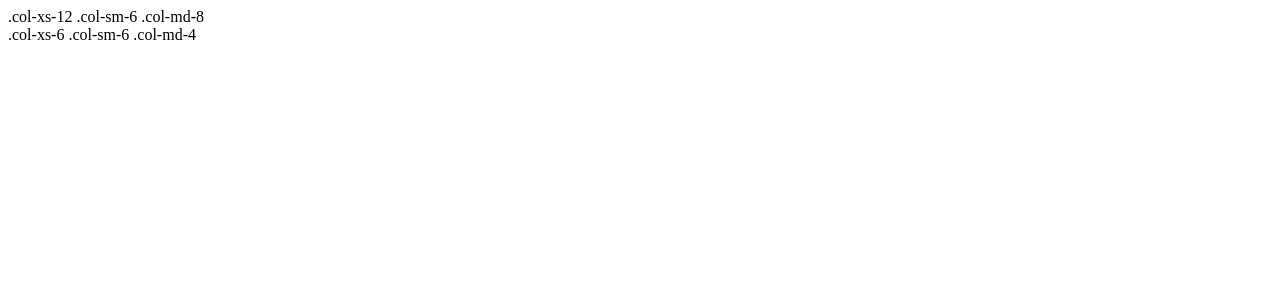
Repository: yhj4130/BootstrapStudy
Page: BootstrapWork/WebContent/BootEx07.html
The author's editor kept a copy of each file at every save. The page is drawn from the files as they stood at one save, then again after the next save.
The browser window is 1280 px wide. The pictures show the whole page.

Above is the page before, as saved 2019-06-12 03:41:11.

After the next save:
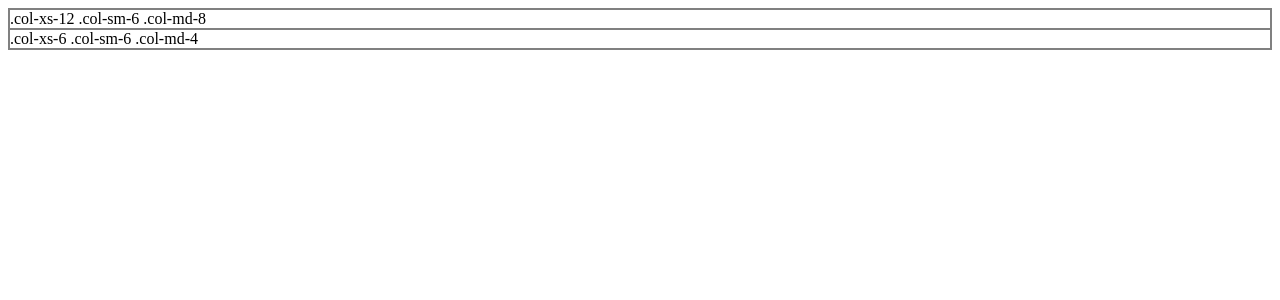
Saved 26 s later.
--- a/BootstrapWork/WebContent/BootEx07.html
+++ b/BootstrapWork/WebContent/BootEx07.html
@@ -3,6 +3,11 @@
 <head>
 <meta charset="UTF-8">
 <title>BootEx07.html</title>
+
+<style type="text/css">
+	div {border: 1px solid gray;}
+</style>
+
 </head>
 <body>
 
